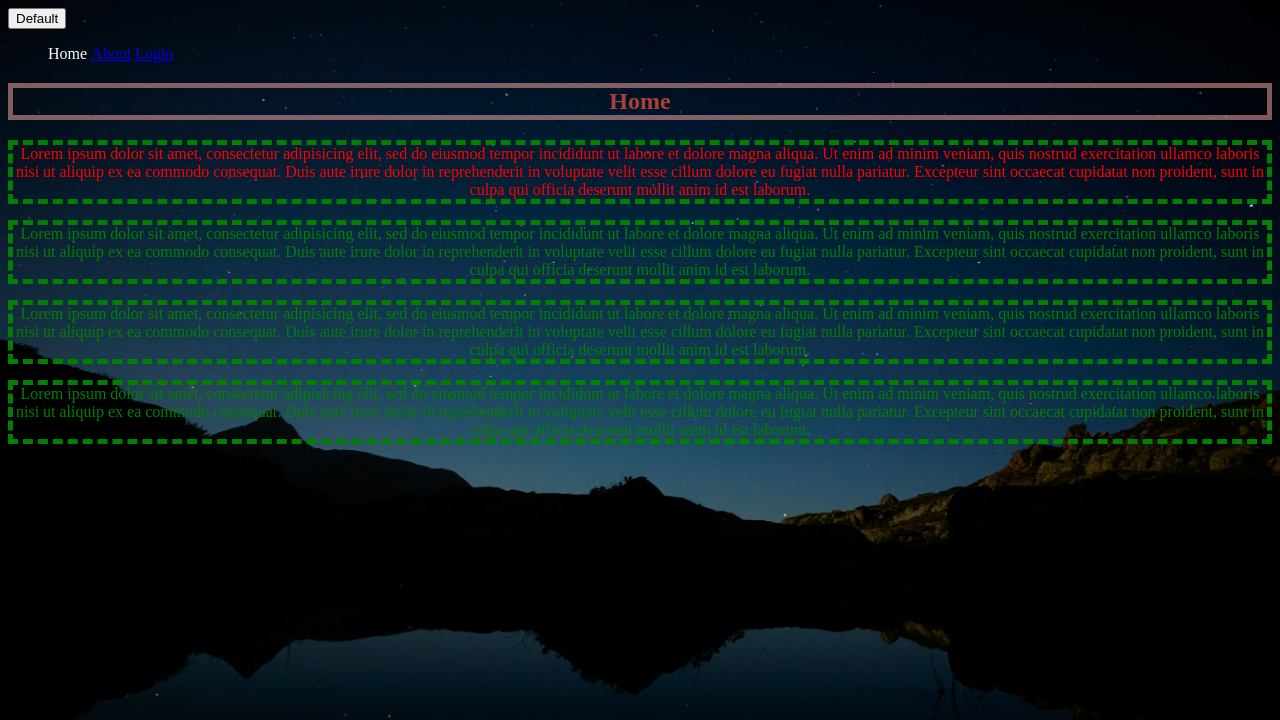
Repository: rileymeye1/ZTM
Page: project_files/index.html
The author's editor kept a copy of each file at every save. The page is drawn from the files as they stood at one save, then again after the next save.
The browser window is 1280 px wide. The pictures show the whole page.

Above is the page before, as saved 2024-08-19 16:53:12.

After the next save:
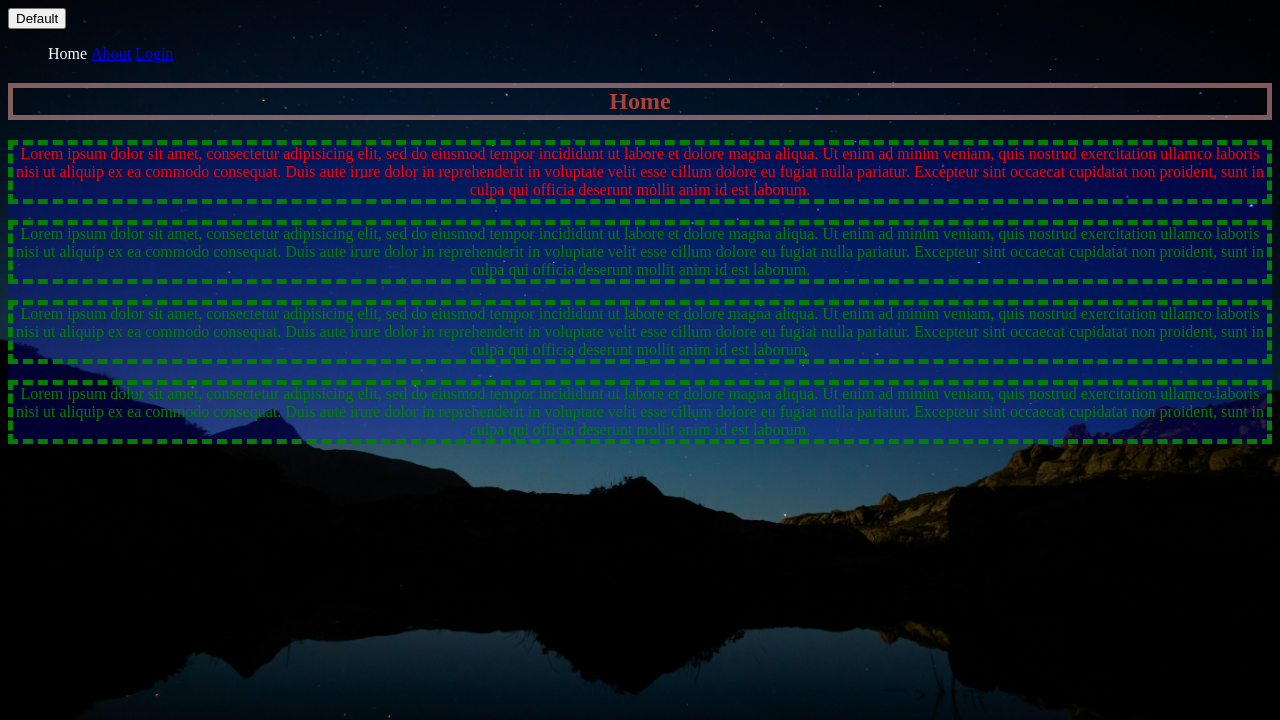
Saved 8 s later.
--- a/project_files/style.css
+++ b/project_files/style.css
@@ -37,5 +37,5 @@
 }
 
 #div1 {
-  background: rgba(0, 0, 255, );
+  background: rgba(0, 0, 255, 0.2);
 }
